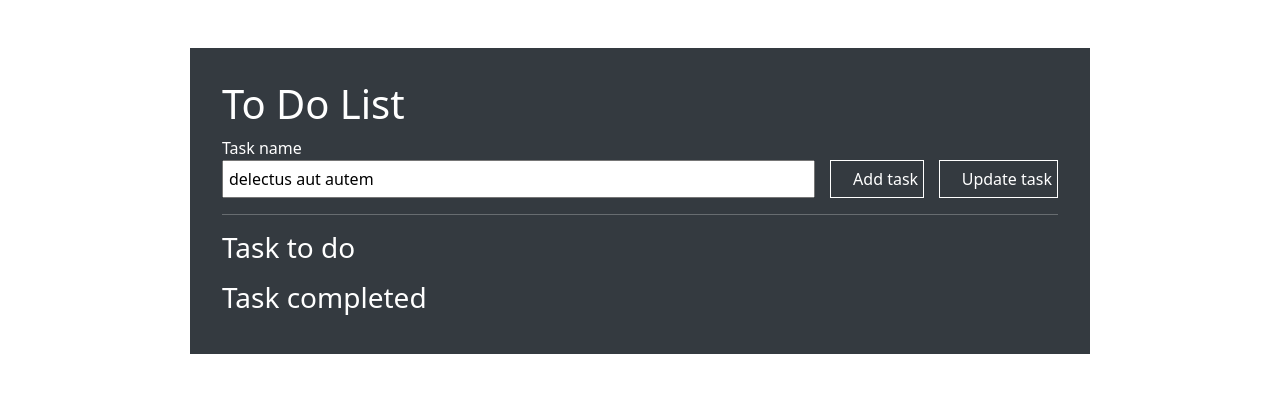
Repository: JVJuvi/ToDoList-jsonplaceholder
Page: /
The author's editor kept a copy of each file at every save. The page is drawn from the files as they stood at one save, then again after the next save.
The browser window is 1280 px wide. The pictures show the whole page.
The page's requests for data from a server got no answer. Some web fonts or font styles are not loaded; a fallback is used. The project was rebuilt for these pictures with package versions that can differ from the ones it lists, and the page was loaded fresh each time. No one was signed in, and anything a server would have sent is missing.

Above is the page before, as saved 2021-12-04 21:10:01.

After the next save:
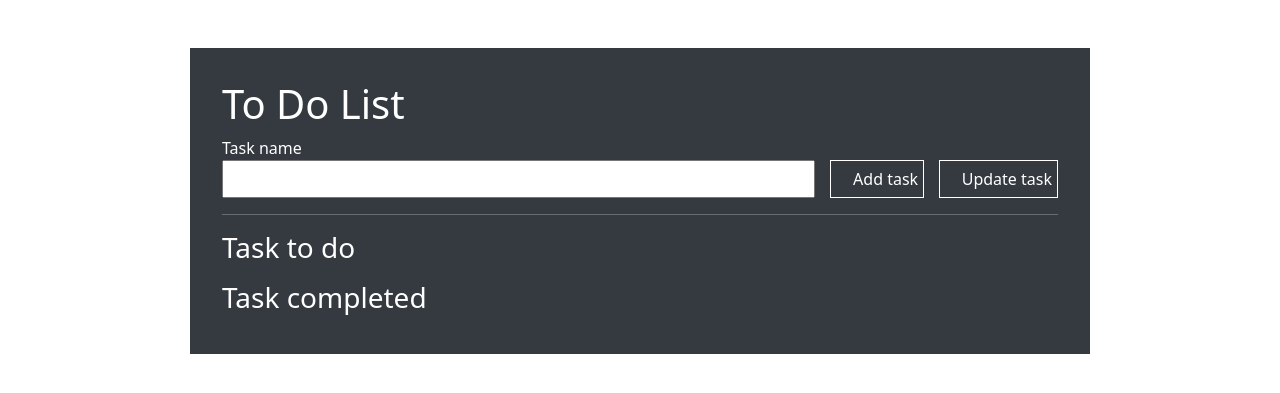
Saved 19 s later.
--- a/src/redux/reducers/TodoListReducer/TodoListReducer.js
+++ b/src/redux/reducers/TodoListReducer/TodoListReducer.js
@@ -7,7 +7,7 @@
     arrToDoList: [],
     arrToDo: [],
     arrComplete: [],
-    arrEdit: {userId: 1, id: 1, title: 'delectus aut autem', completed: false},
+    arrEdit: {},
 }
 
 export const TodoListReducer = (state = stateDefault, action) => {

After the save that followed:
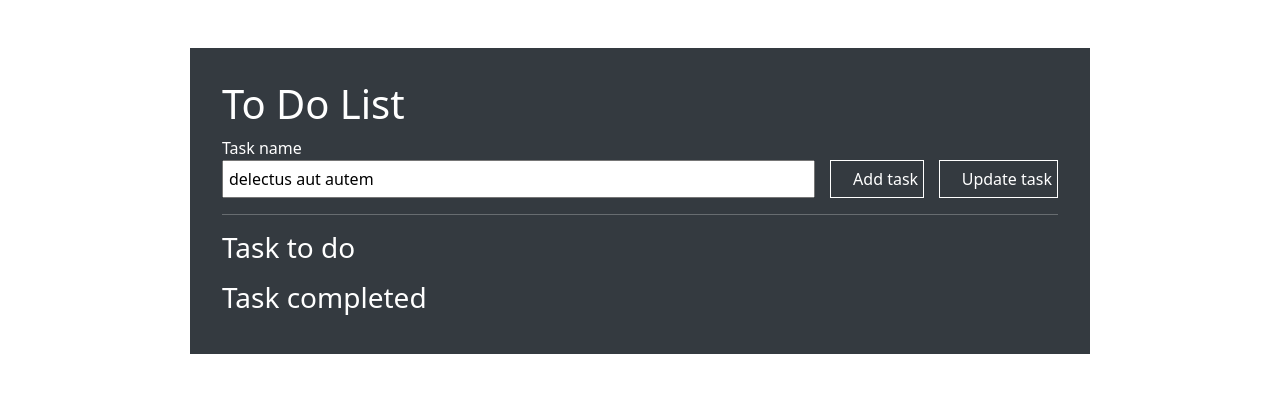
Saved 14 s later.
--- a/src/redux/reducers/TodoListReducer/TodoListReducer.js
+++ b/src/redux/reducers/TodoListReducer/TodoListReducer.js
@@ -7,7 +7,7 @@
     arrToDoList: [],
     arrToDo: [],
     arrComplete: [],
-    arrEdit: {},
+    arrEdit: {userId: 1, id: 1, title: 'delectus aut autem', completed: false},
 }
 
 export const TodoListReducer = (state = stateDefault, action) => {
